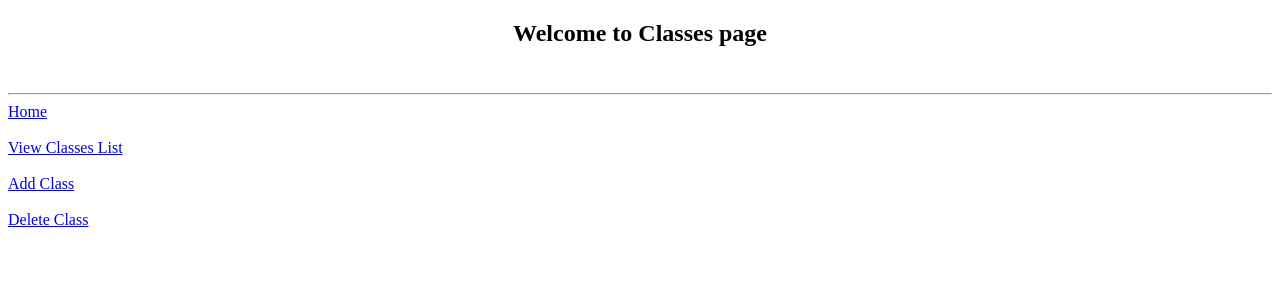
Repository: mdzeyan/JavaFSD-phase2-project
Page: Learners_Academy/src/main/webapp/Classes.html
These files come from the project's save history. The page is drawn as it stood at one moment and after the next save; the edit follows.
The browser window is 1280 px wide. The pictures show the whole page.

Above is the page before, as saved 2022-03-31 08:41:25.

### Learners_Academy/src/main/webapp/Classes.html
<!DOCTYPE html>
<html>
<head>
<meta charset="ISO-8859-1">
<title>Insert title here</title>
</head>
<body>

	<h2 align="center">Welcome to Classes page</h2>

	<br>
	<hr></hr>
	<a href="AdminHome.html">Home</a>
	<br><br>
	<a href="ViewClassList.html">View  Classes List</a>
	<br><br>
	<a href="AddClass.html">Add Class</a>
	<br><br>
	<a href="DeleteClass.html">Delete Class</a>

</body>
</html>

After the next save:
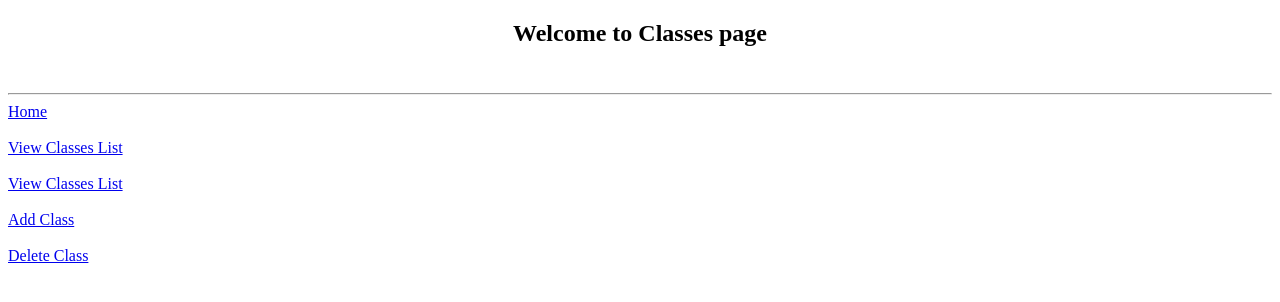
Saved 115 s later.
--- a/Learners_Academy/src/main/webapp/Classes.html
+++ b/Learners_Academy/src/main/webapp/Classes.html
@@ -14,6 +14,8 @@
 	<br><br>
 	<a href="ViewClassList.html">View  Classes List</a>
 	<br><br>
+	<a href="ViewClassList.html">View  Classes List</a>
+	<br><br>
 	<a href="AddClass.html">Add Class</a>
 	<br><br>
 	<a href="DeleteClass.html">Delete Class</a>
